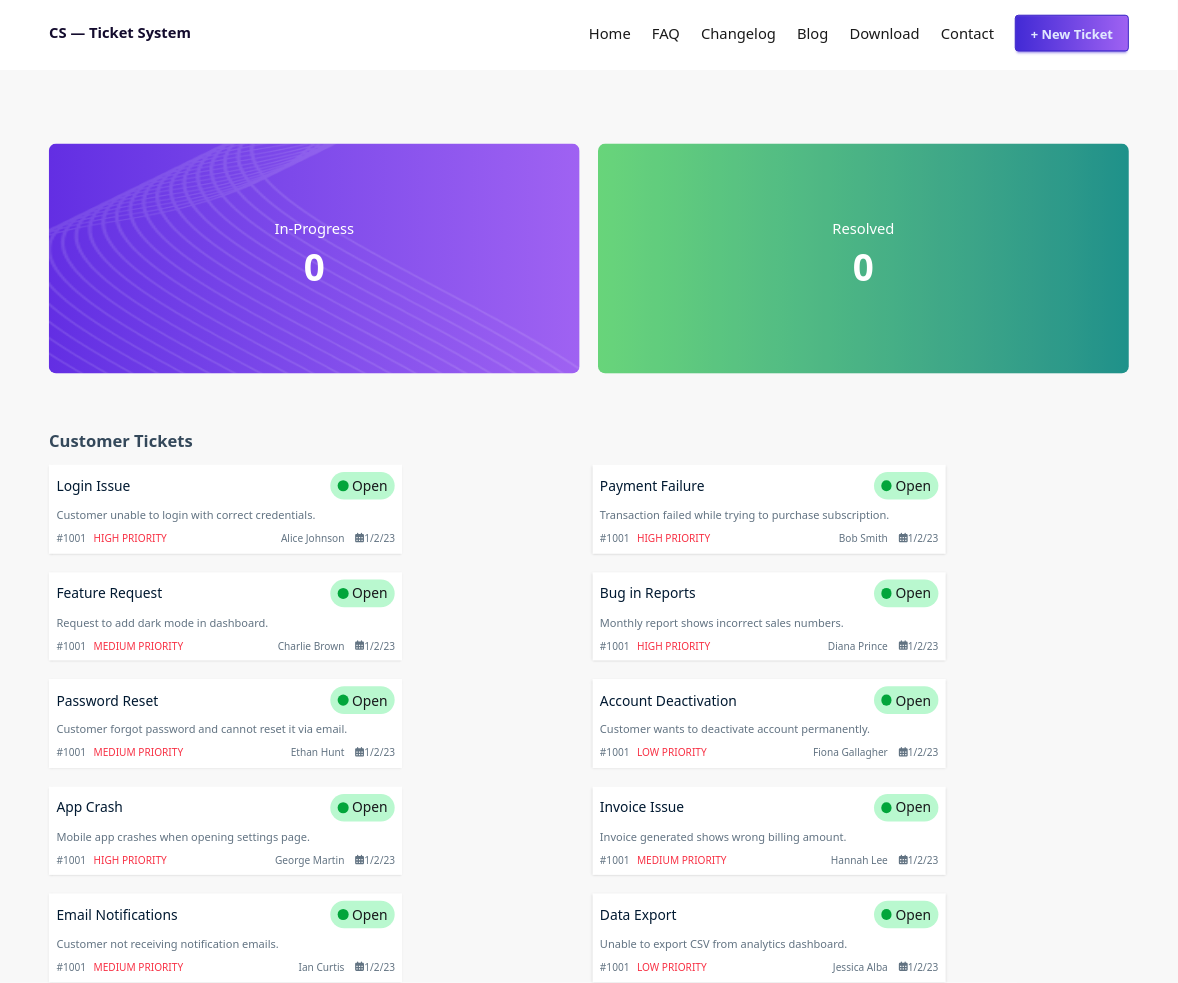
Repository: SanjidaSnigdha/Customer-Support-Zone
Page: /
An editor plug-in stored every save of this project. The page is shown before and after the next save, followed by the edit.
The browser window is 1280 px wide. The pictures show the whole page, at 92% of full size.
The project was rebuilt for these pictures with package versions that can differ from the ones it lists, and the page was loaded fresh each time. Also part of the build but not shown: vite.config.js, src/App.css.

Above is the page before, as saved 2026-04-01 12:40:06.

### index.html
<!doctype html>
<html lang="en">
  <head>
    <meta charset="UTF-8" />
    <link rel="icon" type="image/svg+xml" href="/favicon.svg" />
    <meta name="viewport" content="width=device-width, initial-scale=1.0" />
    <title>customer-support-zone</title>
  </head>
  <body>
    <div id="root"></div>
    <script type="module" src="/src/main.jsx"></script>
  </body>
</html>

### src/index.css
 @import "tailwindcss";
 @plugin "daisyui" {
  themes: light --default, dark --prefersdark;
  themes: light --default;
 }

### src/App.jsx
import { Suspense, useState } from 'react'
import './App.css'
import Navbar from './component/Navbar/Navbar'
import Banner from './component/Banner/Banner'
import CustomerTickets from './component/CustomerTickets/CustomerTickets'

const fetchTickets = async()=>{
  const res = await fetch("/customers.json")
  return res.json()
}

function App() {
  const customerPromise = fetchTickets()

  return (
    <>
    <div className='flex flex-col'>
   <Navbar></Navbar>
   <div className='flex-1 bg-base-200 mt-5'>
    <Banner></Banner>
    <Suspense fallback={<span className="loading loading-spinner loading-xl"></span>
}>
          <CustomerTickets customerPromise={customerPromise}></CustomerTickets>

    </Suspense>
   </div>
   </div>

    </>
  )
}

export default App

### src/component/Navbar/Navbar.jsx
import React from 'react';

const Navbar = () => {
    return (
        <div className='flex justify-between w-11/12 mx-auto mt-4'>
            <div className='navbar-start'>
                <h1 className='w-[833px] h-[26px] font-bold text-[#130B2D]'>CS — Ticket System</h1>
            </div>
            <div className='navbar-end justify-between gap-3 text-[#000000]/90'>
                <a>Home</a>
                <a>FAQ</a>
                <a>Changelog</a>
                <a>Blog</a>
                <a>Download</a>
                <a>Contact</a>
         <button className='btn btn-primary bg-gradient-to-r from [#632EE3] to-[#9F62F2]'>+ New Ticket</button>
            </div>
        </div>
    );
};

export default Navbar;

### src/component/Banner/Banner.jsx
import React from 'react';
import vectorImg1 from '../../assets/vector1.png'
import vectorImg2 from '../../assets/vector2.png'

const Banner = () => {
    return (
        <div className='flex justify-between w-11/12 mx-auto mt-20 gap-5'>
            <div className='relative'>
             <img src={vectorImg1} alt="" className=' bg-gradient-to-r from-[#632EE3] to-[#9F62F2] w-[700px] h-[250px] rounded-[8px]'/>
             <p className='absolute text-center inset-20 text-[#FFFFFF]'>In-Progress<br /><span className='font-bold text-[#FFFFFF] text-[40px]'>
                0</span></p>

            </div>
            <div className='relative'>
      <img src={vectorImg2} alt="" className='bg-gradient-to-r from-[#54CF68] to-[#00827A] w-[700px] h-[250px] rounded-[8px]'/>
        <p className='absolute text-center inset-20 text-[#FFFFFF]'>Resolved<br /><span className='font-bold text-[#FFFFFF] text-[40px]'>
                0</span></p>

            </div>
        </div>
    );
};

export default Banner;

### src/component/CustomerTickets/CustomerTickets.jsx
import React, { use, useState } from 'react';
import { FontAwesomeIcon } from '@fortawesome/react-fontawesome'
import { faCalendarDays } from '@fortawesome/free-solid-svg-icons'
const CustomerTickets = ({customerPromise}) => {
    const customerTicket = use(customerPromise)
    console.log(customerTicket)

const [isSelected,setIsSelected] =  useState(false)
    return (
        <div className='w-11/12 mx-auto'>
         <h1 className='font-semibold text-[#34485A] text-[18px] mt-15'>Customer Tickets</h1>
         <div className='grid md:grid-cols-2 grid-cols-1 gap-2'>


    {
        customerTicket.map(customer=>

              <div className="card w-96 bg-base-100 card-xs shadow-sm mt-3 rounded-none">
  <div className="card-body">
    <div className='flex justify-between'>
     <h2 className="card-title text-[#001931] font-medium text-[15px]">{customer.title}</h2>
     <button className='rounded-4xl bg-[#B9F8CF] w-[70px] h-[30px] flex items-center gap-1 p-2 font-medium text-[15px]'><span className='bg-[#02A53B] rounded-full w-3 h-3'></span>Open</button>

    </div>
    <p className='text-[#627382] text-[12px] font-medium'>{customer.description}</p>
    <div className="flex justify-between card-actions">
        <div className='flex gap-2'>
        <p className='text-[#627382] font-medium'>#1001</p>
        <p className='text-[#F83044] font-medium'>{customer.priority}</p>
        </div>
        <div className='flex gap-3'>
            <p className='text-[#627382] font-medium'>{customer.customer}</p>
            <p className='text-[#627382] font-medium'><FontAwesomeIcon icon ={faCalendarDays}  />1/2/23</p>

        </div>

    </div>
  </div>
</div>
        )
    }

        </div>

        </div>
    );
};

export default CustomerTickets;

### public/customers.json
[
  {
    "id": 1,
    "title": "Login Issue",
    "description": "Customer unable to login with correct credentials.",
    "customer": "Alice Johnson",
    "priority": "HIGH PRIORITY",
    "status": "Open",
    "createdAt": "2026-03-20T10:15:00Z"
  },
  {
    "id": 2,
    "title": "Payment Failure",
    "description": "Transaction failed while trying to purchase subscription.",
    "customer": "Bob Smith",
    "priority": "HIGH PRIORITY",
    "status": "Pending",
    "createdAt": "2026-03-21T14:22:00Z"
  },
  {
    "id": 3,
    "title": "Feature Request",
    "description": "Request to add dark mode in dashboard.",
    "customer": "Charlie Brown",
    "priority": "MEDIUM PRIORITY",
    "status": "Open",
    "createdAt": "2026-03-22T09:30:00Z"
  },
  {
    "id": 4,
    "title": "Bug in Reports",
    "description": "Monthly report shows incorrect sales numbers.",
    "customer": "Diana Prince",
    "priority": "HIGH PRIORITY",
    "status": "In Progress",
    "createdAt": "2026-03-22T11:45:00Z"
  },
  {
    "id": 5,
    "title": "Password Reset",
    "description": "Customer forgot password and cannot reset it via email.",
    "customer": "Ethan Hunt",
    "priority": "MEDIUM PRIORITY",
    "status": "Resolved",
    "createdAt": "2026-03-23T08:10:00Z"
  },
  {
    "id": 6,
    "title": "Account Deactivation",
    "description": "Customer wants to deactivate account permanently.",
    "customer": "Fiona Gallagher",
    "priority": "LOW PRIORITY",
    "status": "Pending",
    "createdAt": "2026-03-23T12:05:00Z"
  },
  {
    "id": 7,
    "title": "App Crash",
    "description": "Mobile app crashes when opening settings page.",
    "customer": "George Martin",
    "priority": "HIGH PRIORITY",
    "status": "Open",
    "createdAt": "2026-03-24T07:50:00Z"
  },
  {
    "id": 8,
    "title": "Invoice Issue",
    "description": "Invoice generated shows wrong billing amount.",
    "customer": "Hannah Lee",
    "priority": "MEDIUM PRIORITY",
    "status": "In Progress",
    "createdAt": "2026-03-24T09:30:00Z"
  },
  {
    "id": 9,
    "title": "Email Notifications",
    "description": "Customer not receiving notification emails.",
    "customer": "Ian Curtis",
    "priority": "MEDIUM PRIORITY",
    "status": "Open",
    "createdAt": "2026-03-24T10:00:00Z"
  },
  {
    "id": 10,
    "title": "Data Export",
    "description": "Unable to export CSV from analytics dashboard.",
    "customer": "Jessica Alba",
    "priority": "LOW PRIORITY",
    "status": "Resolved",
    "createdAt": "2026-03-24T11:15:00Z"
  }
]

### src/component/TaskStatus/TaskStatus.jsx
import React from 'react';

const TaskStatus = () => {
    return (
        <div>
            <h1>Task Status</h1>
        </div>
    );
};

export default TaskStatus;

Loaded but not shown: src/main.jsx (common file)

After the next save:
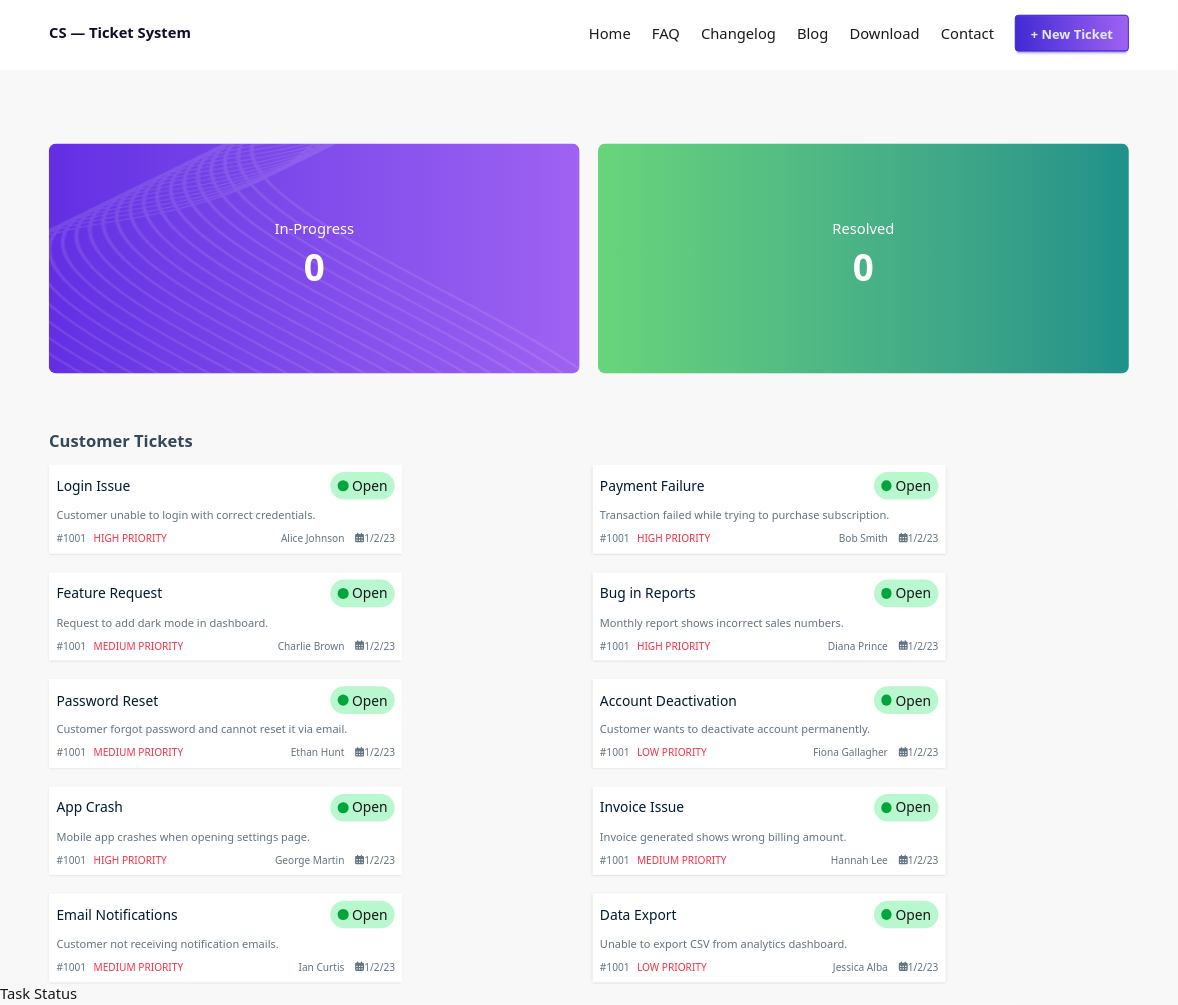
Saved 37 s later.
--- a/src/App.jsx
+++ b/src/App.jsx
@@ -3,6 +3,7 @@
 import Navbar from './component/Navbar/Navbar'
 import Banner from './component/Banner/Banner'
 import CustomerTickets from './component/CustomerTickets/CustomerTickets'
+import TaskStatus from './component/TaskStatus/TaskStatus'
 
 const fetchTickets = async()=>{
   const res = await fetch("/customers.json")
@@ -21,6 +22,7 @@
     <Suspense fallback={<span className="loading loading-spinner loading-xl"></span>
 }>
           <CustomerTickets customerPromise={customerPromise}></CustomerTickets>
+          <TaskStatus></TaskStatus>
 
     </Suspense>
    </div>
